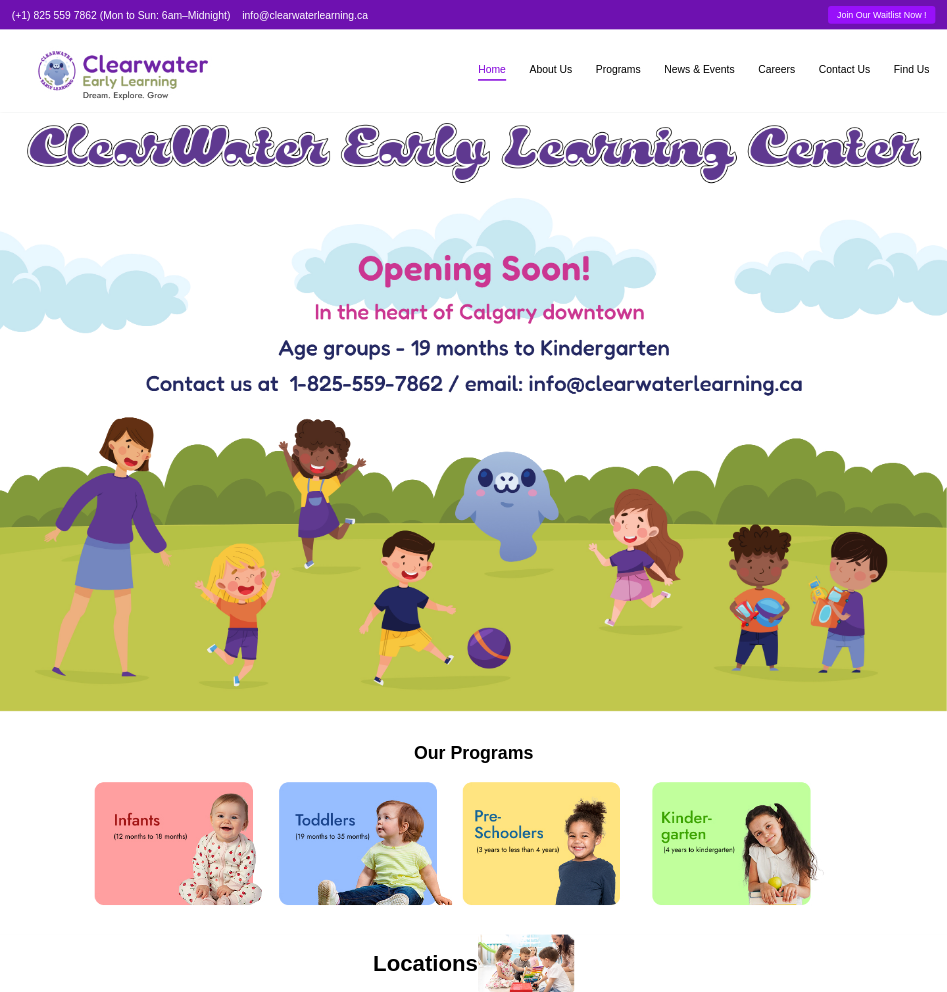
Repository: harshikabodekar/Daycare-Site
Page: /
These files come from the project's save history. The page is drawn as it stood at one moment and after the next save; the edit follows.
The browser window is 1280 px wide. The pictures show the whole page, at 74% of full size.
The project was rebuilt for these pictures with package versions that can differ from the ones it lists, and the page was loaded fresh each time. The framework's server and built-in components were replaced by stand-ins that run in the browser. Also part of the build but not shown: next.config.mjs.

Above is the page before, as saved 2025-06-23 11:40:17.

After the next save:
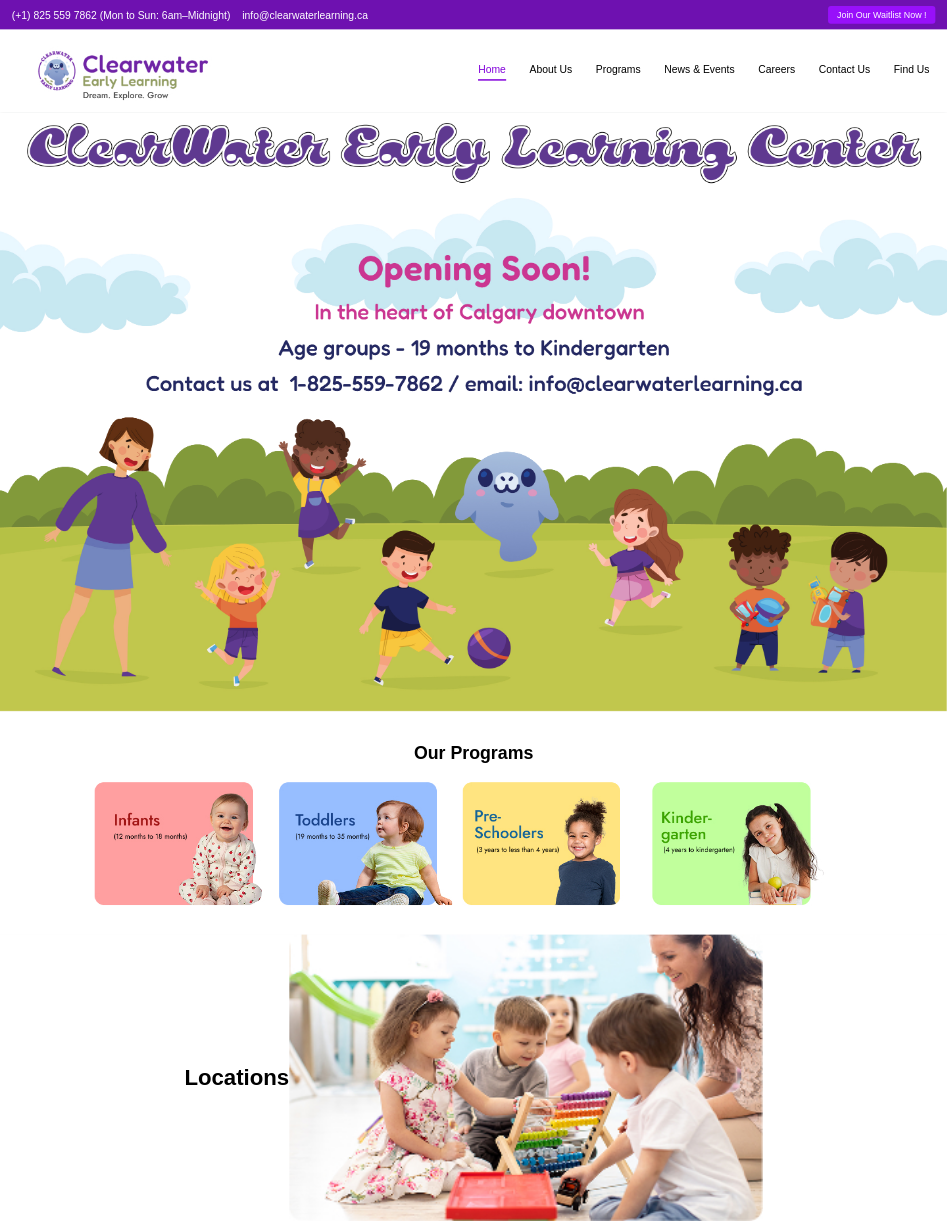
Saved 59 s later.
--- a/components/home/Location.jsx
+++ b/components/home/Location.jsx
@@ -10,7 +10,7 @@
                     alt="Background"
                     width={130}
                     height={130}
-                    className="w--1/2 h-auto object-cover"
+                    className="w-1/2 h-auto object-cover"
                     priority
                   />
 

After the save that followed:
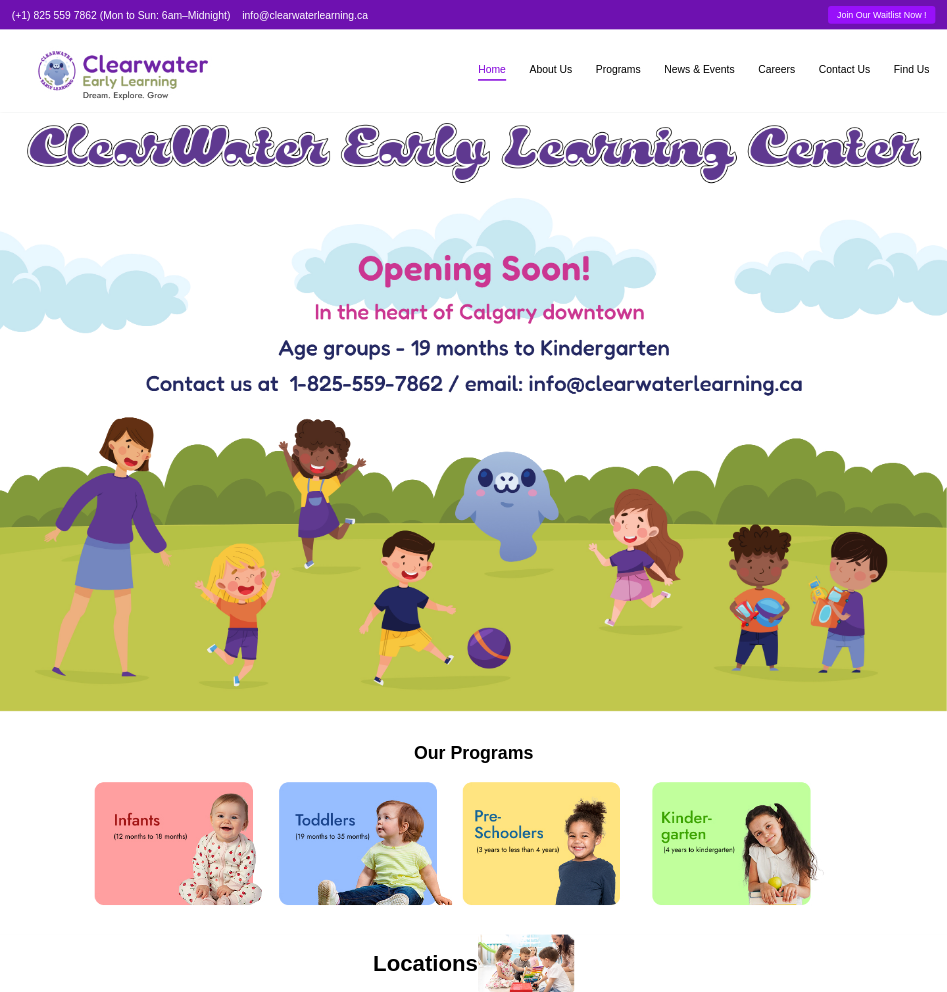
Saved 25 s later.
--- a/components/home/Location.jsx
+++ b/components/home/Location.jsx
@@ -10,7 +10,7 @@
                     alt="Background"
                     width={130}
                     height={130}
-                    className="w-1/2 h-auto object-cover"
+                    className="w- h-auto object-cover"
                     priority
                   />
 
